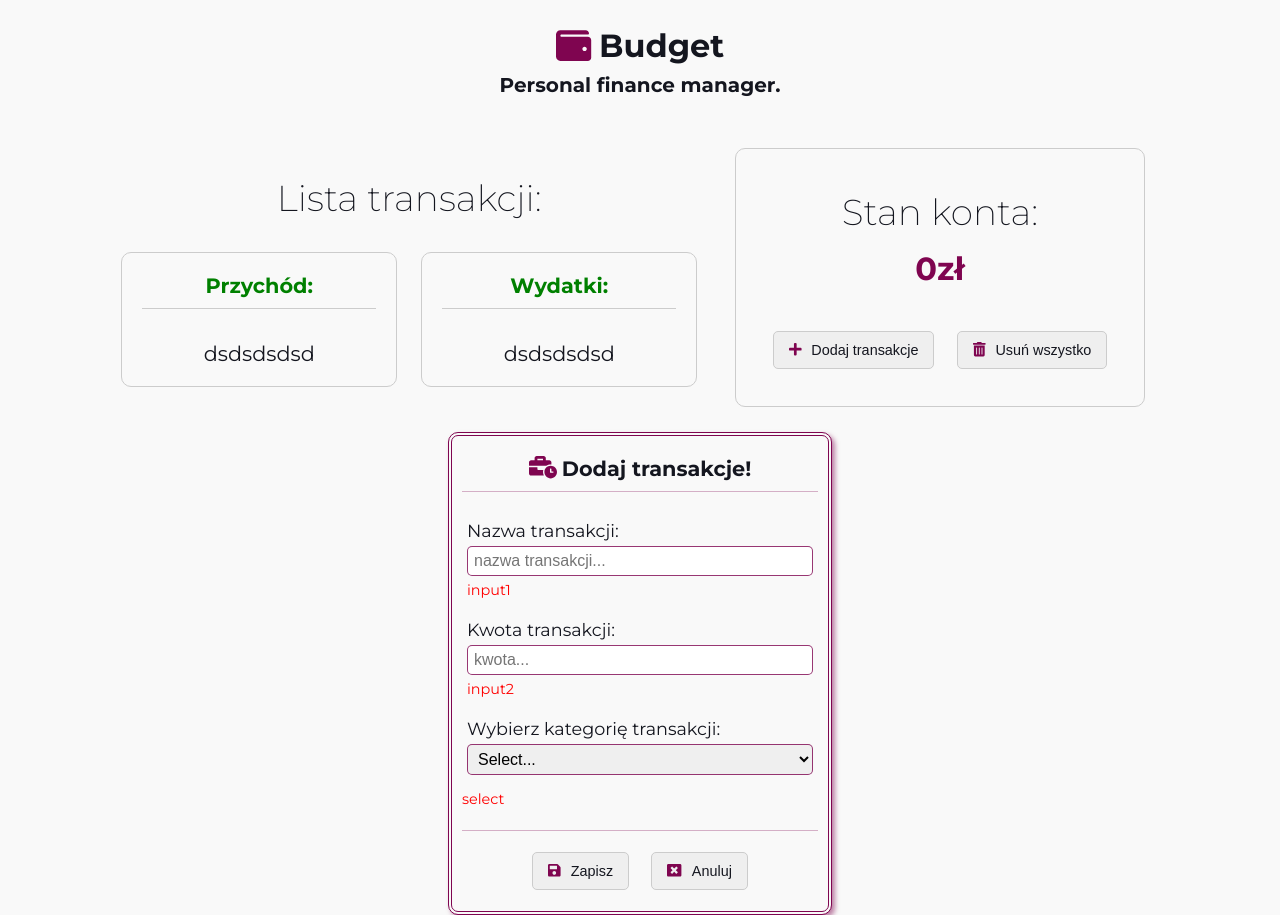
Repository: KrzysKolo/sr_tydzien4_zad4
Page: /
An editor plug-in stored every save of this project. The page is shown before and after the next save, followed by the edit.
The browser window is 1280 px wide. The pictures show the whole page.
Some web libraries are served in a nearby version. The project was rebuilt for these pictures with package versions that can differ from the ones it lists, and the page was loaded fresh each time.

Above is the page before, as saved 2020-11-30 17:42:27.

After the next save:
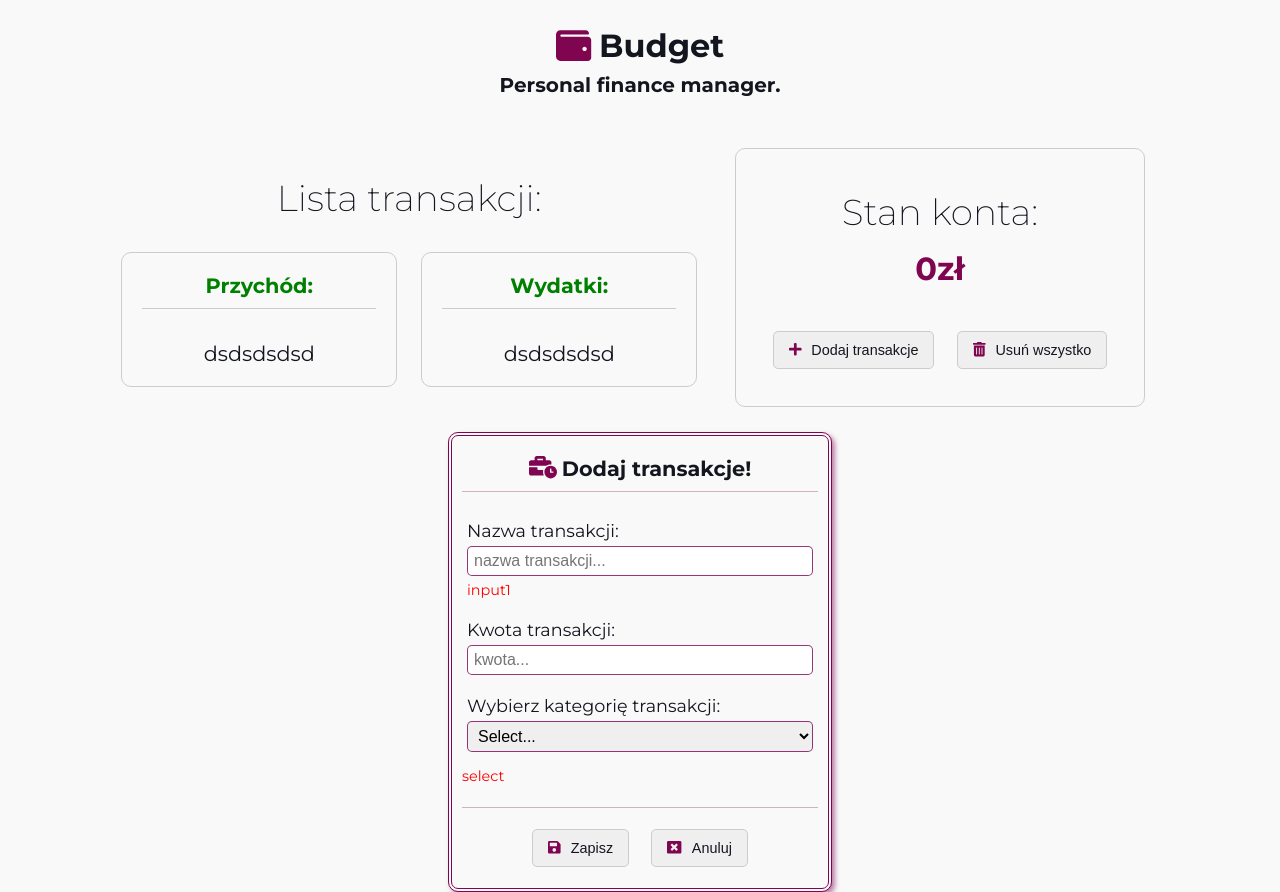
Saved 28 s later.
--- a/src/components/budgetComponents/Form.js
+++ b/src/components/budgetComponents/Form.js
@@ -36,7 +36,7 @@ const Form = () => {
         <FormWrapper onSubmit={formik.handleSubmit}>
             <Header icons={faBusinessTime} title={"Dodaj transakcje!"} />
             <Input type="text" label="Nazwa transakcji" values={formik.values.name} placeholder="nazwa transakcji..." error={"aaaa"} message={"input1"} />
-            <Input type="text" label="Kwota transakcji" values={formik.values.amount} placeholder="kwota..." error={"aaaa"} message={"input2"} />
+            <Input type="text" label="Kwota transakcji" values={formik.values.amount} placeholder="kwota..." />
             <Select options={SelectOptions} label="Wybierz kategorię transakcji" values={formik.values.category} error={"aaaa"} message={"select"} />
             <ButtonWrapper>
                 <Button title="Zapisz" icons={faSave} type="save" />
